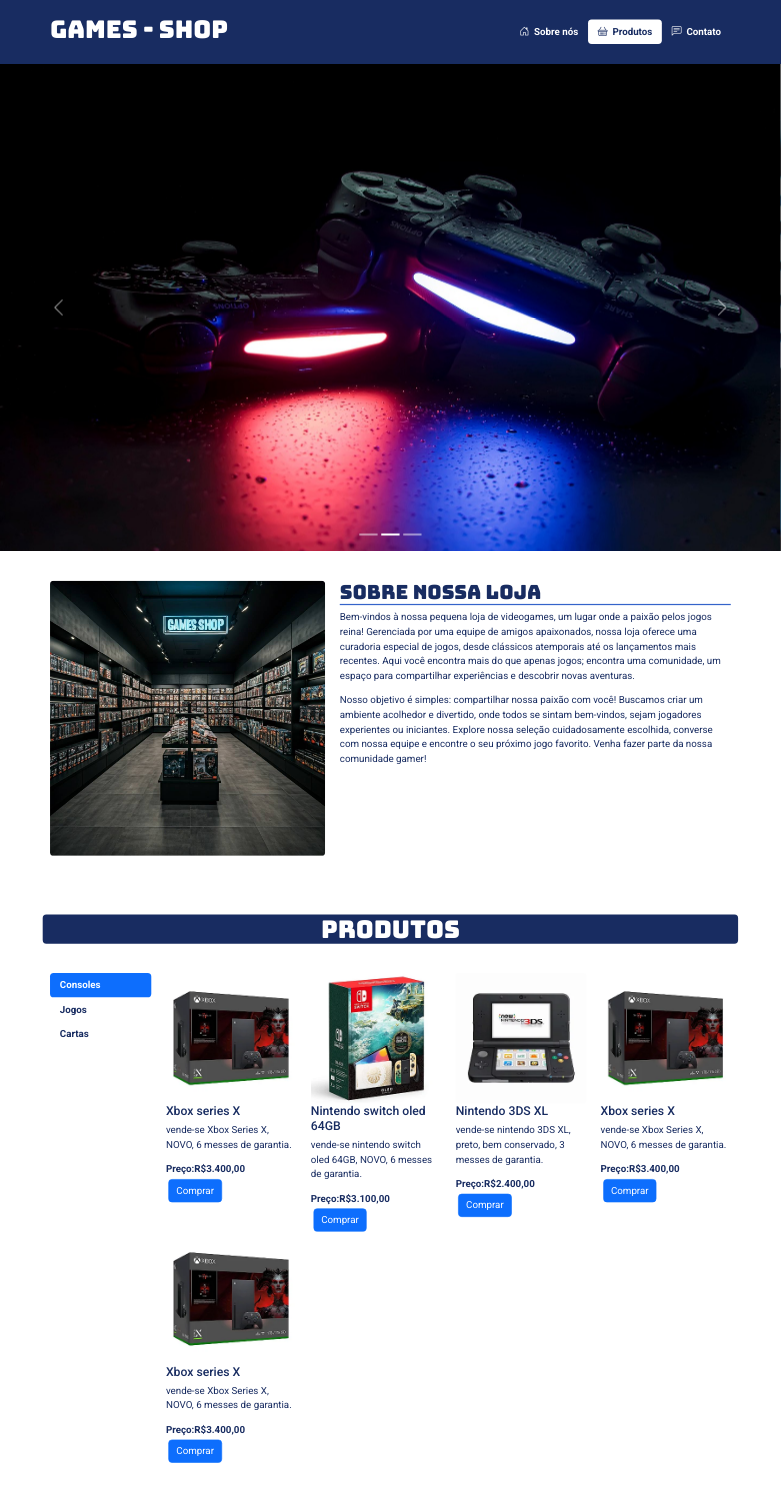
Repository: MatiasBrighent/GamesShop-Bootstrap
Page: index.html
The author's editor kept a copy of each file at every save. The page is drawn from the files as they stood at one save, then again after the next save.
The browser window is 1280 px wide. The pictures show the whole page, at 61% of full size.

Above is the page before, as saved 2025-06-20 15:23:21.

After the next save:
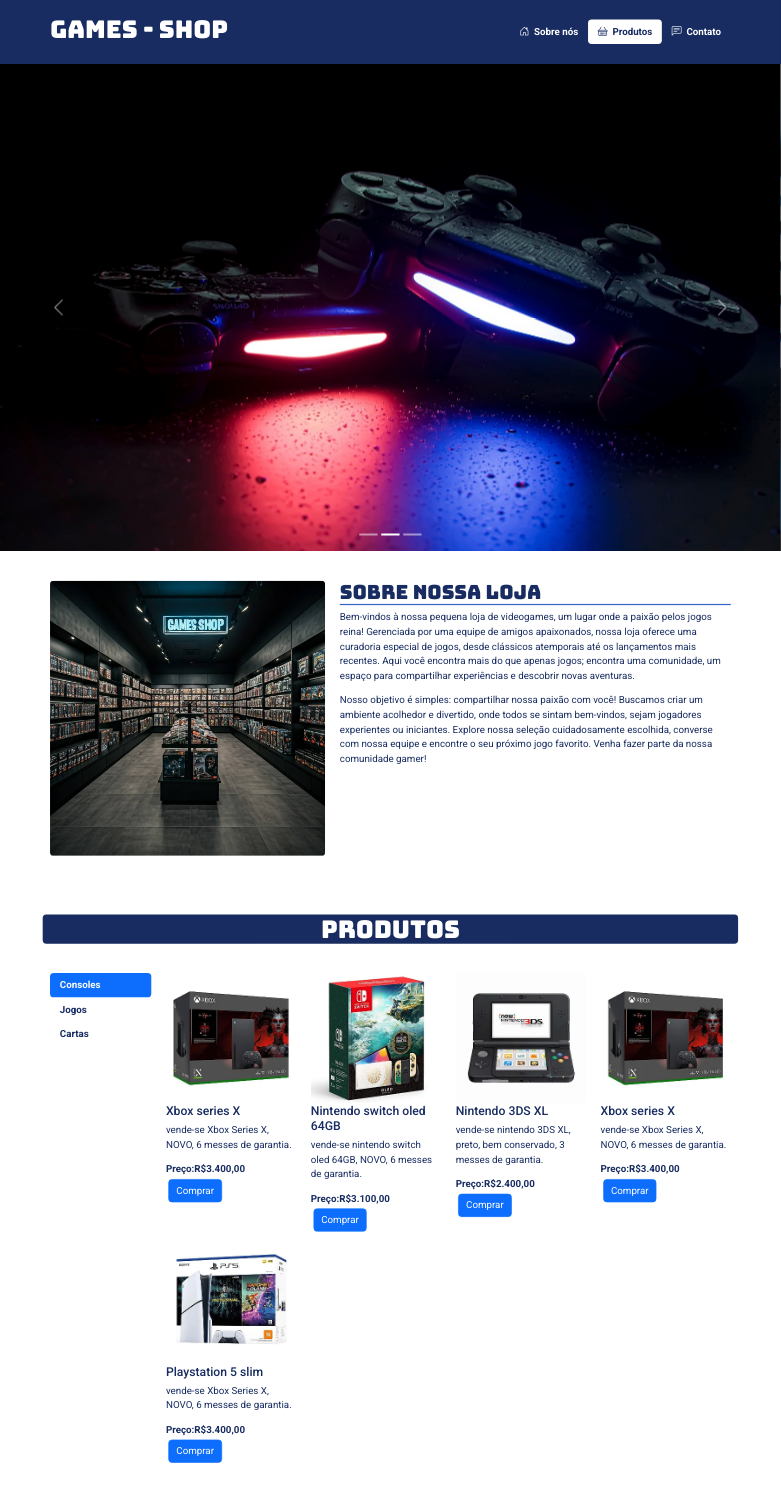
Saved 55 s later.
--- a/index.html
+++ b/index.html
@@ -148,8 +148,8 @@
                                         </div>
                                     </div>
                                     <div class="col-md-3 text-colored">
-                                        <img src="./images/produtos/consoles/Series X.webp" alt="Xbox Series X" class="img-fluid rounded">
-                                        <h5>Xbox series X</h5>
+                                        <img src="./images/produtos/consoles/PS5.webp" alt="Playstation 5 slim" class="img-fluid rounded">
+                                        <h5>Playstation 5 slim</h5>
                                         <p>
                                             vende-se Xbox Series X, NOVO, 6 messes de garantia.
                                         </p>
